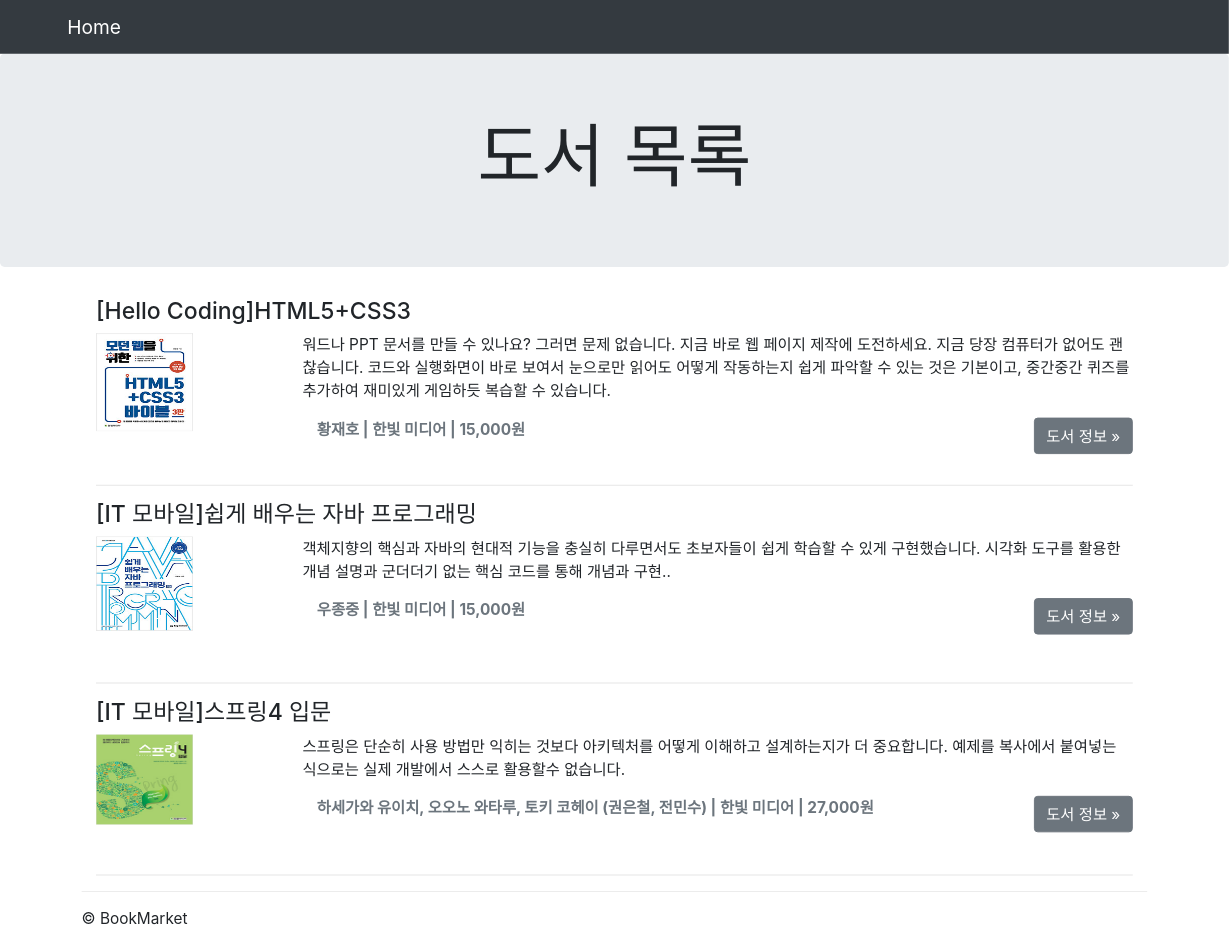
Repository: freedomseok8047/jsp
Page: http://localhost/BookMarket/books.jsp
The author's editor kept a copy of each file at every save. The page is drawn from the files as they stood at one save, then again after the next save.
The browser window is 1280 px wide. The pictures show the whole page, at 96% of full size.
The page is served by Tomcat 9.

Above is the page before, as saved 2023-08-25 05:47:59.

After the next save:
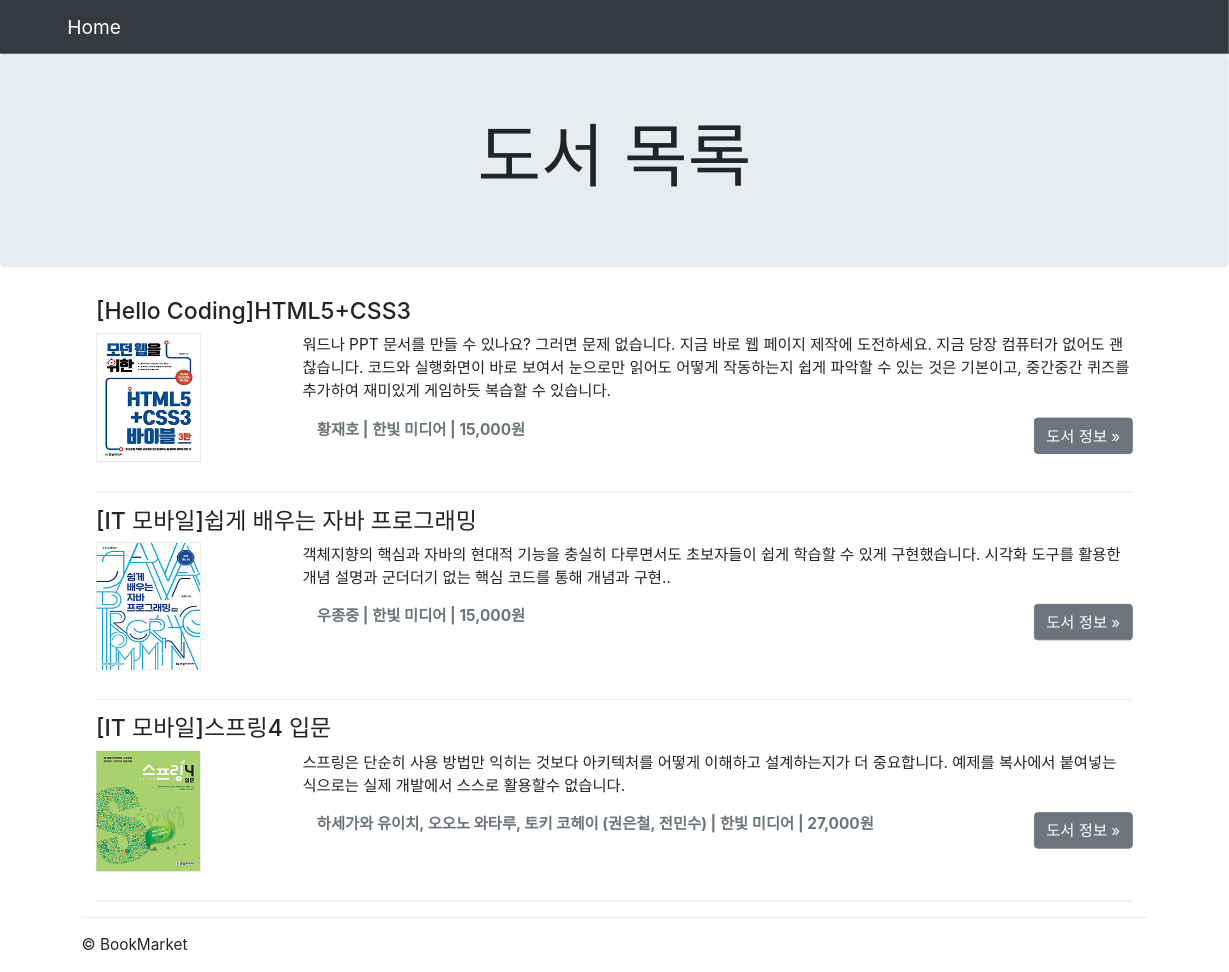
Saved 14 s later.
--- a/BookMarket/src/main/webapp/books.jsp
+++ b/BookMarket/src/main/webapp/books.jsp
@@ -37,7 +37,7 @@
 				<div class="row">
 					<div class="col col-lg-2">
 						<img src="resources/images/<%=book.getFilename()%>"
-							alt=<%=book.getName()%> width="65%" height="72%">
+							alt=<%=book.getName()%> width="70%" height="90%">
 					</div>
 					<div class="col-md-auto"></div>
 					<div class="col">
